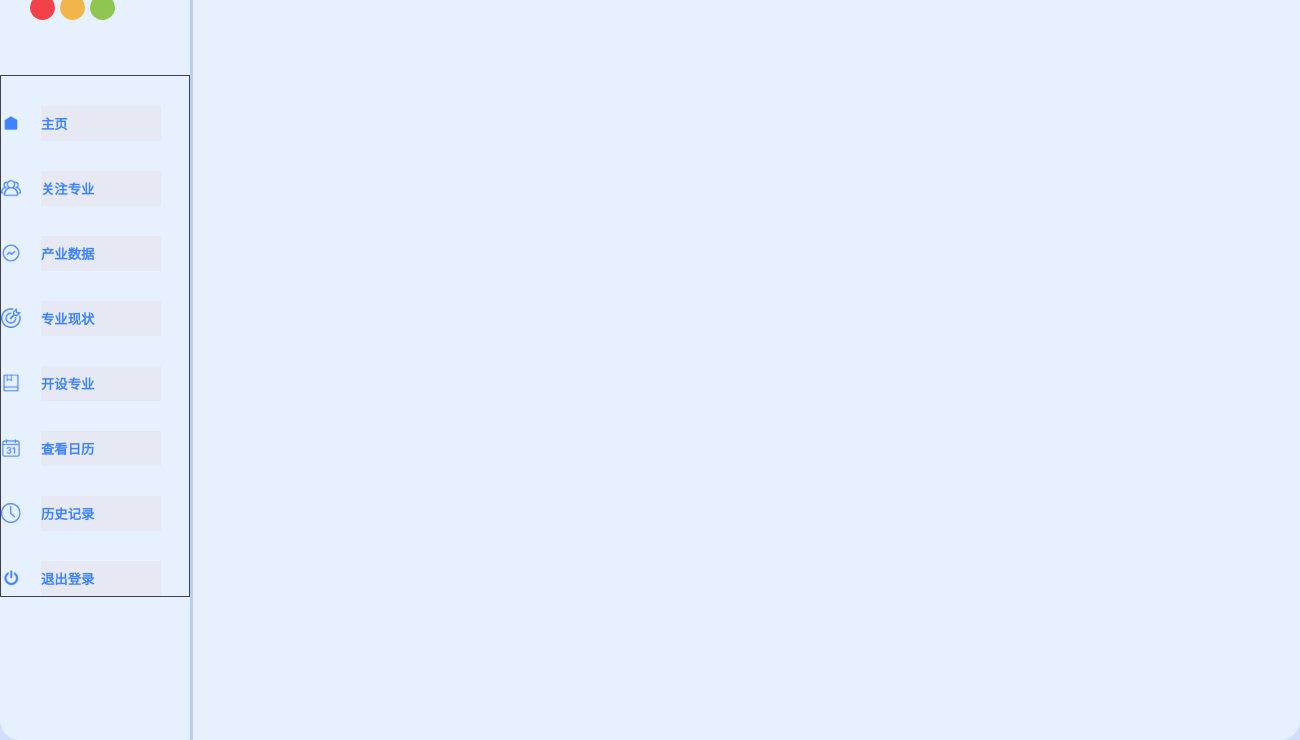
Repository: akaCSDN/test
Page: 2.1主页.html
An editor plug-in stored every save of this project. The page is shown before and after the next save, followed by the edit.
The browser window is 1280 px wide. The page is 1300 px wide, so the pictures cover 1300 px, including what lies to the right of the window. The pictures show the whole page.

Above is the page before, as saved 2022-12-02 15:22:13.

### 2.1主页.html
<!DOCTYPE html>
<html lang="en">
<head>
    <meta charset="UTF-8">
    <meta http-equiv="X-UA-Compatible" content="IE=edge">
    <meta name="viewport" content="width=device-width, initial-scale=1.0">
    <title>Document</title>
    <style type="text/css">
        *{
            margin: 0;
            padding: 0;
            border: 0;
        }
        .main{
            width: 1300px;
            height: 760px;
            /* border: 1px solid black; */
            border-radius: 20px;
            background-color: aliceblue;
            opacity: 0.7;
            position: absolute;
            top: 0;
            right: 0;
            bottom: 0;
            left: 0;
            margin: auto;

        }
        .left{
            width: 190px;
            height: 760px;
            border-radius: 20px 0px 0px 20px;
            border-right: 3px solid rgba(146, 169, 213, 0.622);
            /* border: 1px solid black; */
            position: absolute;
        }
        .circle-point{
            width: 100px;
            height: 30px;
            /* border: 1px solid black; */
            margin-left: 25px;
            margin-top: 15px;
        }
        .circle-point div{
            width: 25px;
            height: 25px;
            border-radius: 100% 100% 100% 100%;
            float: left;
            opacity: 1;
            /* position: absolute; */
            margin-left: 5px;

        }
        .button{
            width: auto;
            height: auto;
            border: 1px solid black;
            margin-top: 50px;

        }
        .button ul{
            list-style-type: none;
        }
        .button button{
            width: 120px;
            height: 35px;
            text-align: left;
            margin-left: 40px;
            /* color: rgba(0, 94, 255, 0.909); */
            color: #005EFF;
            font-weight: 600;
            margin-top: 30px;


        }
        .button img{
            width: 20px;
            height: 20px;
            position: absolute;
            margin-top: 37px;
        }
    </style>
</head>
<body style="background-color: rgb(209, 222, 254);">
    <div class="main">
        <div class="left">
            <div class="circle-point">
                <div style="background-color: red;"></div>
                <div style="background-color: orange;"></div>
                <div style="background-color:rgb(116, 189, 7);"></div>
            </div>
            <div class="button">
                    <img src="./icon/主页.png" alt=""><button>主页</button>
                    <br>
                    <img src="./icon/专业.png" alt=""><button>关注专业</button>
                    <br>
                    <img src="./icon/数据.png" alt=""><button>产业数据</button>
                    <br>
                    <img src="./icon/现状.png" alt=""><button>专业现状</button>
                    <br>
                    <img src="./icon/开设.png" alt=""><button>开设专业</button>
                    <br>
                    <img src="./icon/日历.png" alt=""><button>查看日历</button>
                    <br>
                    <img src="./icon/历史.png" alt=""><button>历史记录</button>
                    <br>
                    <img src="./icon/退出.png" alt=""><button>退出登录</button>

            </div>



        </div>

    </div>
</body>
</html>

After the next save:
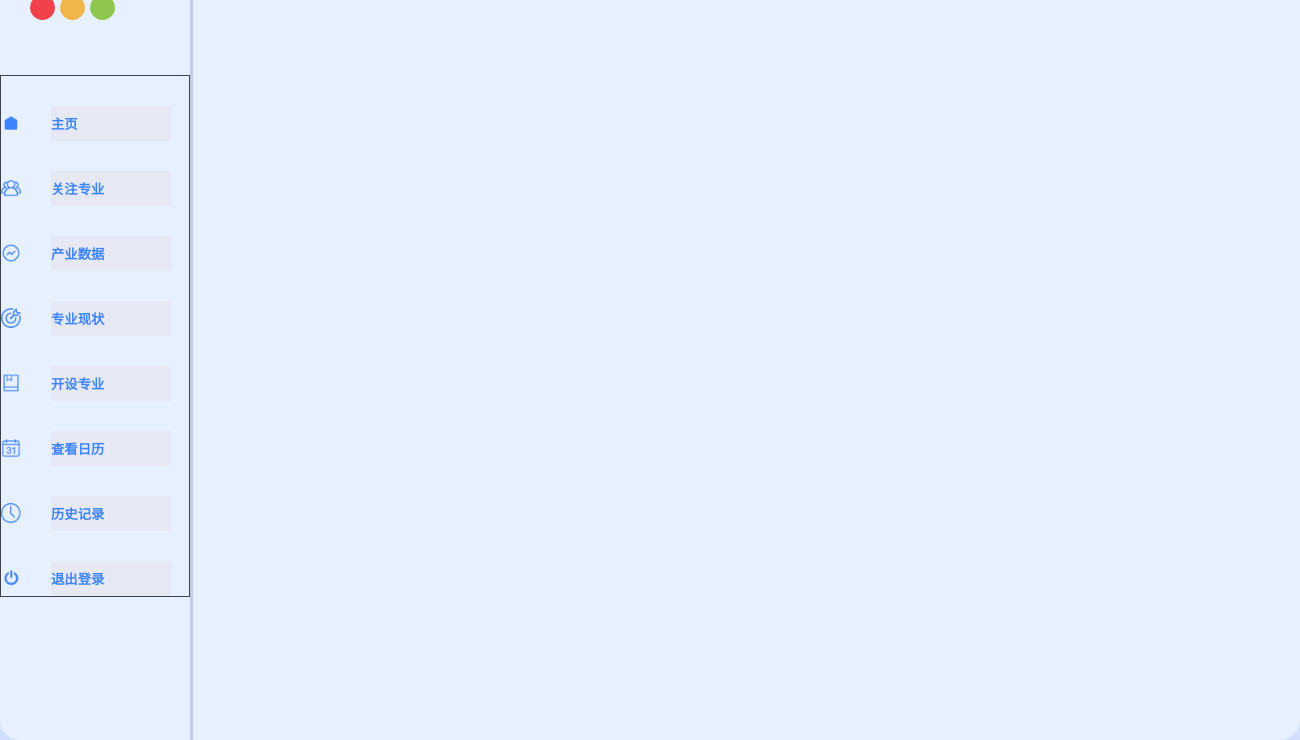
Saved 10 s later.
--- a/2.1主页.html
+++ b/2.1主页.html
@@ -65,7 +65,7 @@
             width: 120px;
             height: 35px;
             text-align: left;
-            margin-left: 40px;
+            margin-left: 50px;
             /* color: rgba(0, 94, 255, 0.909); */
             color: #005EFF;
             font-weight: 600;
